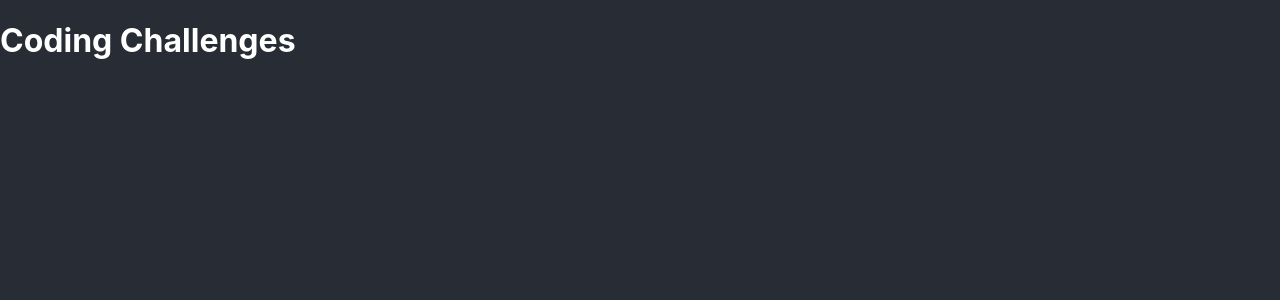
Repository: Valentina-Maraio/coding_challenges
Page: /
The author's editor kept a copy of each file at every save. The page is drawn from the files as they stood at one save, then again after the next save.
The browser window is 1280 px wide. The pictures show the whole page.
The project was rebuilt for these pictures with package versions that can differ from the ones it lists, and the page was loaded fresh each time.

Above is the page before, as saved 2024-07-05 11:44:53.

### src/index.js
import React from 'react';
import ReactDOM from 'react-dom/client';
import './index.css';
import App from './App';
import reportWebVitals from './reportWebVitals';
import { PrimeReactProvider } from 'primereact/api';
import 'primeicons/primeicons.css';



const root = ReactDOM.createRoot(document.getElementById('root'));
root.render(
  <React.StrictMode>
    <PrimeReactProvider>
      <App/>
    </PrimeReactProvider>
  </React.StrictMode>
);

// If you want to start measuring performance in your app, pass a function
// to log results (for example: reportWebVitals(console.log))
// or send to an analytics endpoint. Learn more: https://bit.ly/CRA-vitals
reportWebVitals();

### src/App.js
import { Button } from "primereact/button";
import "primereact/resources/themes/bootstrap4-dark-purple/theme.css";
import "./App.css";

function App() {
  return (
    <>
      <div className="container">
        <div className="app_title">
          <h1>Coding Challenges</h1>
        </div>
      </div>
    </>
  );
}

export default App;

### src/App.css
body {
  background-color: #282c34;
}

Loaded but not shown: public/index.html (common file); src/index.css (common file); src/reportWebVitals.js (common file)

After the next save:
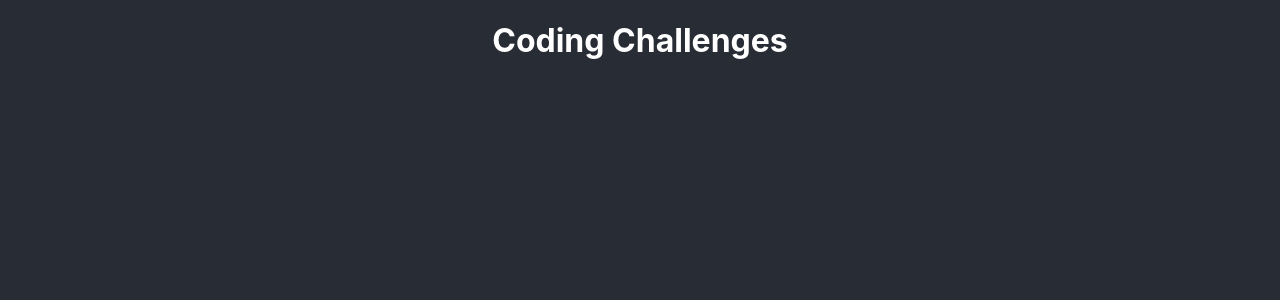
Saved 24 s later.
--- a/src/App.css
+++ b/src/App.css
@@ -1,3 +1,9 @@
 body {
   background-color: #282c34;
 }
+
+.container {
+  display: flex;
+  justify-content: center;
+  align-items: center;
+}
